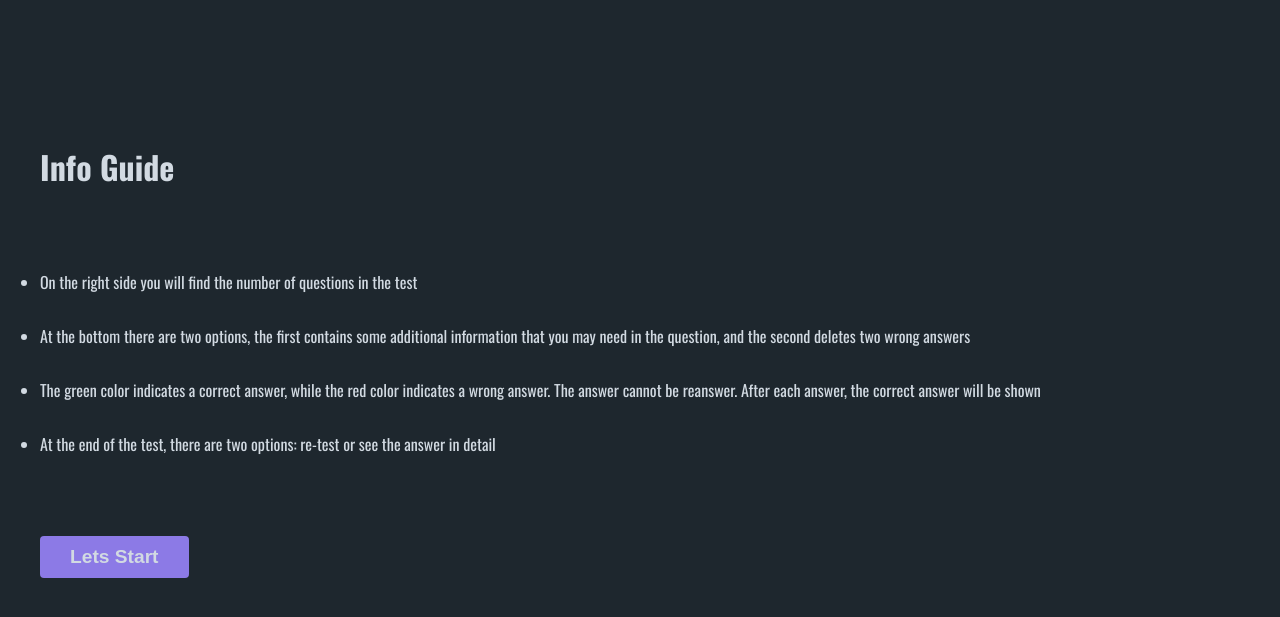
Repository: abdelrahmanahmed20021/Quiz-Platform
Page: index.html
The author's editor kept a copy of each file at every save. The page is drawn from the files as they stood at one save, then again after the next save.
The browser window is 1280 px wide. The pictures show the whole page.

Above is the page before, as saved 2023-01-12 00:53:40.
Console error: TypeError: Cannot read properties of null (reading 'addEventListener')

After the next save:
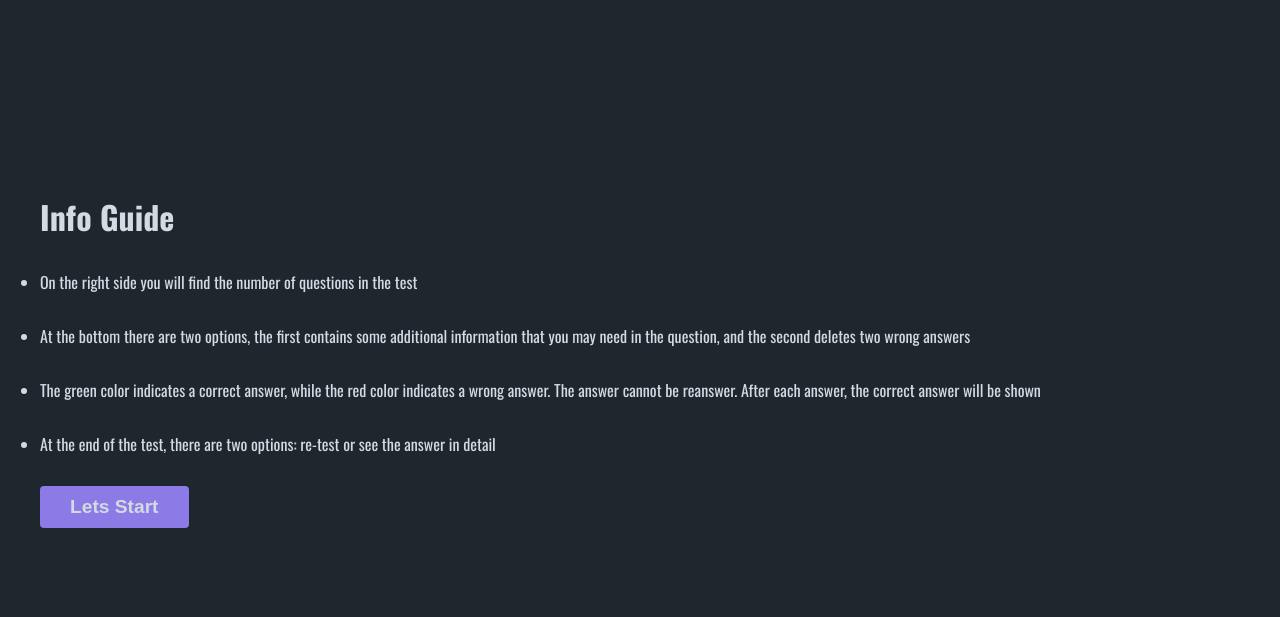
Saved 38 s later.
--- a/index.html
+++ b/index.html
@@ -15,14 +15,16 @@
 
     <body>
         <div class="black-wolf">
-            <h1>Info Guide</h1>
-            <ul>
-                <li>On the right side you will find the number of questions in the test</li>
-                <li>At the bottom there are two options, the first contains some additional information that you may need in the question, and the second deletes two wrong answers</li>
-                <li>The green color indicates a correct answer, while the red color indicates a wrong answer. The answer cannot be reanswer. After each answer, the correct answer will be shown</li>
-                <li>At the end of the test, there are two options: re-test or see the answer in detail</li>
-            </ul>
-            <button>Lets Start</button>
+            <div class="black-container">
+                <h1>Info Guide</h1>
+                <ul>
+                    <li>On the right side you will find the number of questions in the test</li>
+                    <li>At the bottom there are two options, the first contains some additional information that you may need in the question, and the second deletes two wrong answers</li>
+                    <li>The green color indicates a correct answer, while the red color indicates a wrong answer. The answer cannot be reanswer. After each answer, the correct answer will be shown</li>
+                    <li>At the end of the test, there are two options: re-test or see the answer in detail</li>
+                </ul>
+                <button>Lets Start</button>
+            </div>
         </div>
         <div id="poper_img" class="hide_poper">
             <img class="src_quesion_img" src="" alt="">
